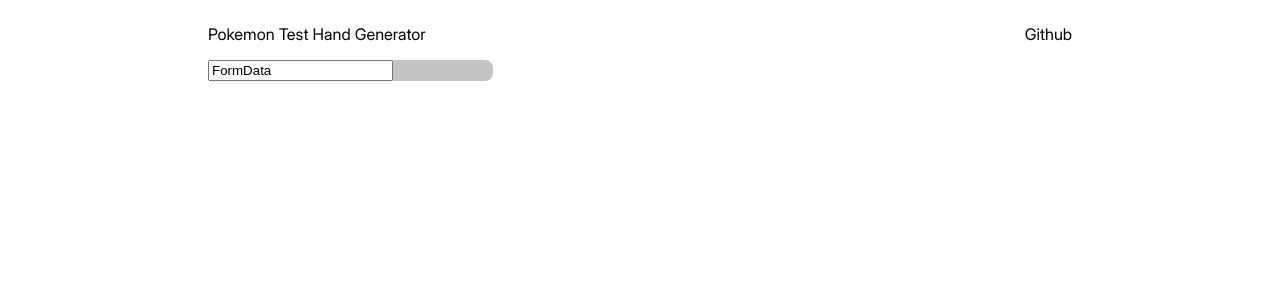
Repository: danielj1415/test-hand-simulator
Page: /
These files come from the project's save history. The page is drawn as it stood at one moment and after the next save; the edit follows.
The browser window is 1280 px wide. The pictures show the whole page.
The project was rebuilt for these pictures with package versions that can differ from the ones it lists, and the page was loaded fresh each time. Also part of the build but not shown: vite.config.ts, src/index.css.

Above is the page before, as saved 2024-10-30 17:37:53.

### src/App.tsx
import { useState } from 'react'
import './App.css'
import { Outlet, Link } from "react-router-dom";

function App() {

  const [deckList, setDeckList] = useState({
    deck: ''
  })

  return (
    <div>
      <div className = "mainContainer">
        <div className = "navigationBar">
          <p>Pokemon Test Hand Generator</p>
          <p>Github</p>
        </div>
        <div className = "mainBody">
          <div className = "inputDeck">
            <form>
              <div>
                <label htmlFor="deck"></label>
                <input type="text" id="name" name="name" value={FormData.name}/>
              </div>
            </form>
          </div>
          <div className = "testHands"></div>
        </div>
      </div>
    </div>
  )
}

export default App

### src/App.css

@import "./fonts.css";

.mainContainer{
  margin-left: 200px;
  margin-right: 200px;
}

.navigationBar{
  display: flex;
  align-items: center;
  justify-content: space-between;
  margin-top: 8px;
}

p{
  font-size: 16px;
  font-family: "Inter";
}

.mainBody{
  display: flex;
  align-items:flex-start;
  justify-content: space-between;
}

.inputDeck{
  width: 33%;
  background-color: rgb(196, 196, 196);
  border-radius: 8px;
}

.testHands{
  width: 66%;
  background-color: rgb(198, 198, 198);
  border-radius: 8px;
}

### src/fonts.css
@font-face {
    font-family: "Inter";
    src: url("/src/assets/fonts/Inter_28pt-Regular.ttf");
  }

Loaded but not shown: index.html (common file); src/main.tsx (common file)

After the next save:
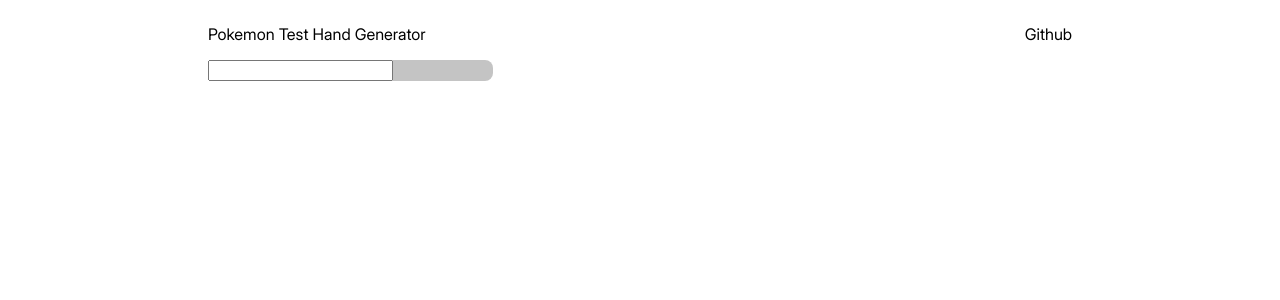
Saved 2 min 38 s later.
--- a/src/App.tsx
+++ b/src/App.tsx
@@ -7,6 +7,21 @@
   const [deckList, setDeckList] = useState({
     deck: ''
   })
+
+  // Handle input changes
+  const handleChange = (e) => {
+    const { name, value } = e.target;
+    setDeckList((prevData) => ({
+      ...prevData,
+      [name]: value
+    }));
+  };
+
+  // Handle form submission
+  const handleSubmit = (e) => {
+    e.preventDefault(); // Prevents the default form submission behavior
+    // Process the form data here (e.g., send to an API)
+  };
 
   return (
     <div>
@@ -20,7 +35,7 @@
             <form>
               <div>
                 <label htmlFor="deck"></label>
-                <input type="text" id="name" name="name" value={FormData.name}/>
+                <input type="text" id="deck" name="deck" value={deckList.deck}/>
               </div>
             </form>
           </div>
